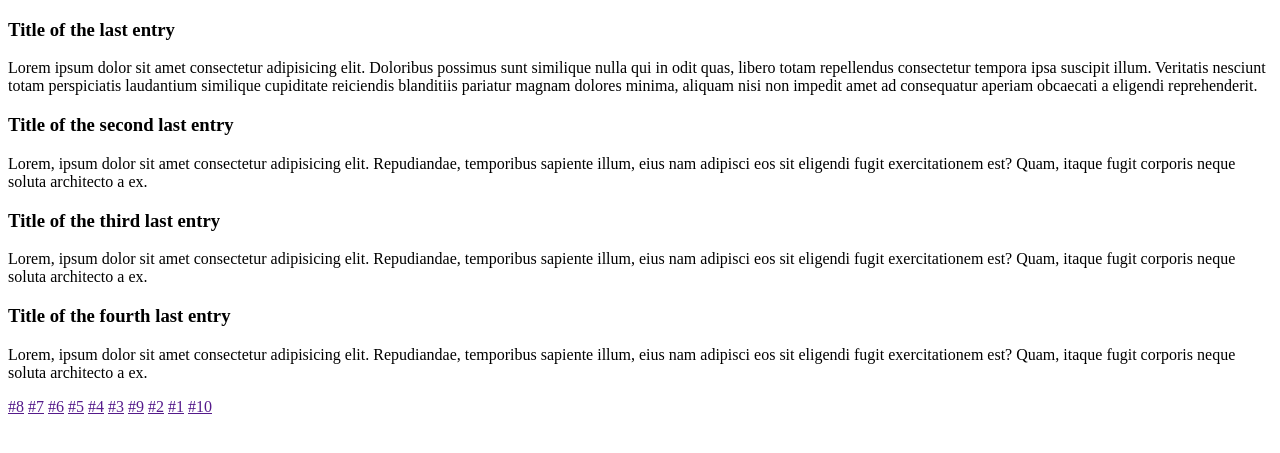
Repository: KikiMcArron/Don_Kiki_McArron
Page: index.html
The author's editor kept a copy of each file at every save. The page is drawn from the files as they stood at one save, then again after the next save.
The browser window is 1280 px wide. The pictures show the whole page.

Above is the page before, as saved 2022-04-10 19:13:17.

### index.html
<!DOCTYPE html>
<html lang="pl">

<head>
    <meta charset="UTF-8">
    <meta http-equiv="X-UA-Compatible" content="IE=edge">
    <meta name="viewport" content="width=device-width, initial-scale=1.0">
    <title>Document</title>
</head>

<body>
    <header>
        <nav></nav>
    </header>
    <main>
        <section class="last_entrie">
            <article>
                <h3>Title of the last entry</h3>
                <p>Lorem ipsum dolor sit amet consectetur adipisicing elit. Doloribus possimus sunt similique nulla qui in odit quas, libero totam repellendus consectetur tempora ipsa suscipit illum. Veritatis nesciunt totam
                    perspiciatis laudantium similique cupiditate reiciendis blanditiis pariatur magnam dolores minima,
                    aliquam nisi non impedit amet ad consequatur aperiam obcaecati a eligendi reprehenderit.</p>

            </article>
        </section>
        <section class="prev_entries">
            <article>
                <h3>Title of the second last entry</h3>
                <p>Lorem, ipsum dolor sit amet consectetur adipisicing elit. Repudiandae, temporibus sapiente illum,
                    eius nam adipisci eos sit eligendi fugit exercitationem est? Quam, itaque fugit corporis neque
                    soluta architecto a ex.</p>
                </article>
                <article>
                    <h3>Title of the third last entry</h3>
                    <p>Lorem, ipsum dolor sit amet consectetur adipisicing elit. Repudiandae, temporibus sapiente illum,
                        eius nam adipisci eos sit eligendi fugit exercitationem est? Quam, itaque fugit corporis neque
                        soluta architecto a ex.</p>
                    </article>
                    <article>
                <h3>Title of the fourth last entry</h3>
                <p>Lorem, ipsum dolor sit amet consectetur adipisicing elit. Repudiandae, temporibus sapiente illum,
                    eius nam adipisci eos sit eligendi fugit exercitationem est? Quam, itaque fugit corporis neque
                    soluta architecto a ex.</p>
            </article>
        </section>
        <section class="hitory_entries">
            <a href="">#8</a>
            <a href="">#7</a>
            <a href="">#6</a>
            <a href="">#5</a>
            <a href="">#4</a>
            <a href="">#3</a>
            <a href="">#9</a>
            <a href="">#2</a>
            <a href="">#1</a>
            <a href="">#10</a>

        </section>
    </main>
    <aside class="notes"></aside>
    <aside class="projects"></aside>
    <footer></footer>
</body>

</html>

After the next save:
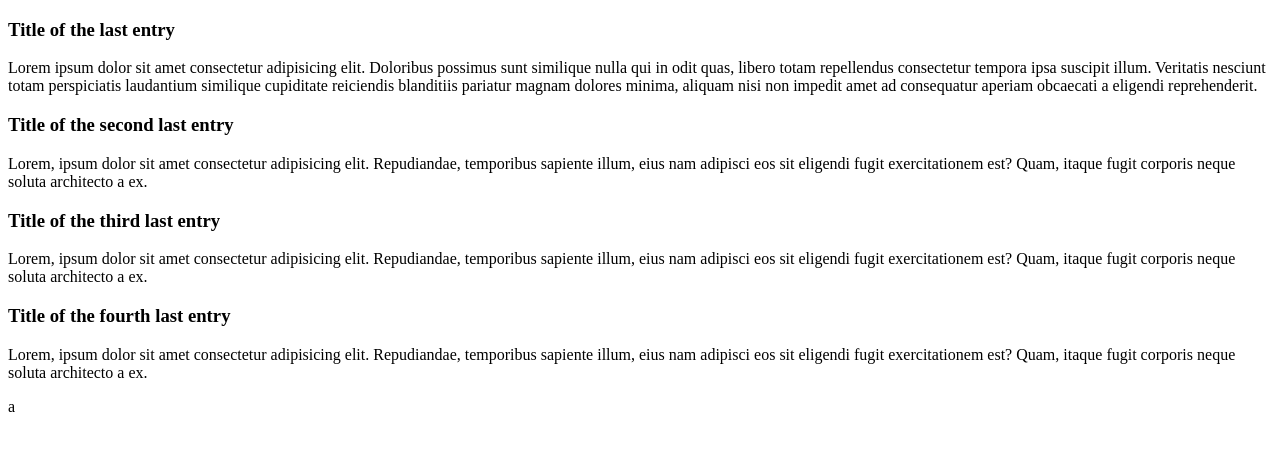
Saved 7 s later.
--- a/index.html
+++ b/index.html
@@ -43,16 +43,7 @@
             </article>
         </section>
         <section class="hitory_entries">
-            <a href="">#8</a>
-            <a href="">#7</a>
-            <a href="">#6</a>
-            <a href="">#5</a>
-            <a href="">#4</a>
-            <a href="">#3</a>
-            <a href="">#9</a>
-            <a href="">#2</a>
-            <a href="">#1</a>
-            <a href="">#10</a>
+            a
 
         </section>
     </main>
